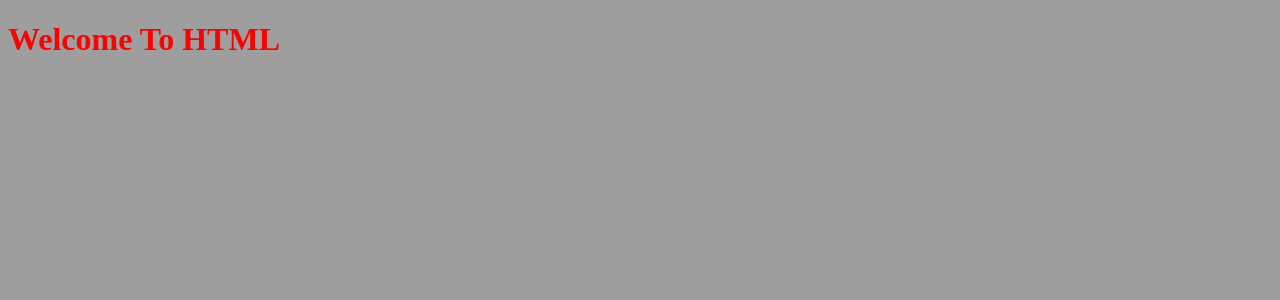
Repository: babududekula/Spring-Course-4.X-Version
Page: Maven Projects/Html/src/main/webapp/image.html
An editor plug-in stored every save of this project. The page is shown before and after the next save, followed by the edit.
The browser window is 1280 px wide. The pictures show the whole page.

Above is the page before, as saved 2023-01-31 04:49:09.

### Maven Projects/Html/src/main/webapp/image.html
<!DOCTYPE html PUBLIC "-//W3C//DTD HTML 4.01 Strict//EN" "http://www.w3.org/TR/html4/strict.dtd">
<html>
<head>
<meta http-equiv="Content-Type" content="text/html; charset=ISO-8859-1">
<title>Insert title here</title>
</head>
<body background="G:\CopiedPhoto.JPG" bgcolor="oranger" text="red">
<h1>Welcome To HTML</h1>
</body>
</html>

After the next save:
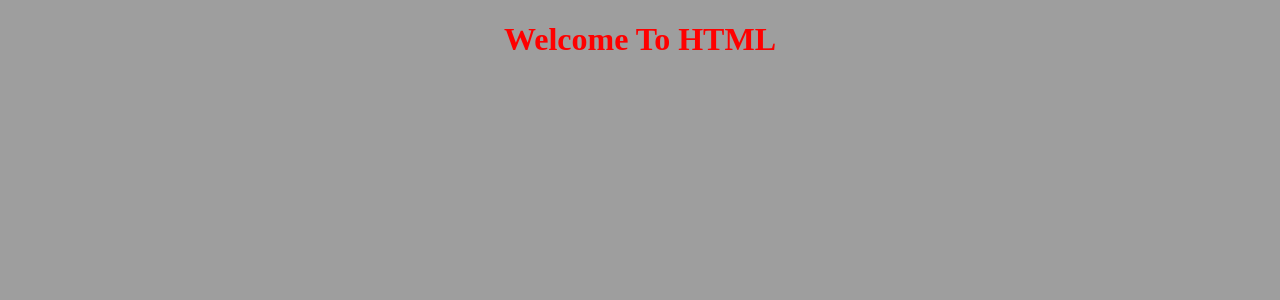
Saved 7 s later.
--- a/Maven Projects/Html/src/main/webapp/image.html
+++ b/Maven Projects/Html/src/main/webapp/image.html
@@ -5,6 +5,6 @@
 <title>Insert title here</title>
 </head>
 <body background="G:\CopiedPhoto.JPG" bgcolor="oranger" text="red">
-<h1>Welcome To HTML</h1>
+<h1 align="center">Welcome To HTML</h1>
 </body>
 </html>
